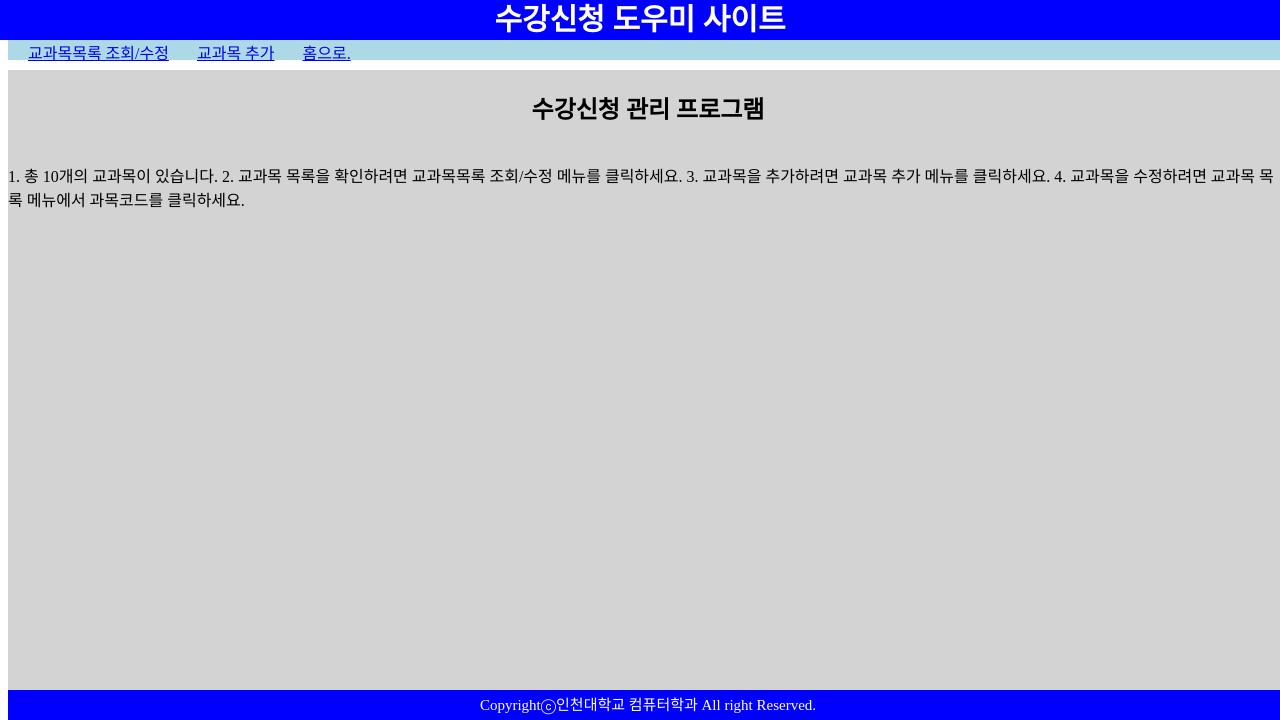
Repository: leesuyeon116/HRD_2
Page: http://localhost/HRD_0419/
An editor plug-in stored every save of this project. The page is shown before and after the next save, followed by the edit.
The browser window is 1280 px wide. The pictures show the whole page.
The page is served by Tomcat 9. Other server files are loaded and not shown.

Above is the page before, as saved 2024-04-19 05:14:35.

### HRD_0419/src/main/webapp/index.jsp
<%@ page language="java" contentType="text/html; charset=UTF-8"
    pageEncoding="UTF-8"%>
<!DOCTYPE html>
<html>
<head>
<meta charset="UTF-8">
<title>index</title>
</head>
<body>
	<jsp:include page="header.jsp"></jsp:include>

		<section style="position: fixed; top: 70px; width: 100%; height: 100%; background-color: lightgray">
    <h2 style="text-align: center;"><b>수강신청 관리 프로그램</b></h2><br>
				1. 총 10개의 교과목이 있습니다.
				2. 교과목 목록을 확인하려면 교과목목록 조회/수정 메뉴를 클릭하세요.
				3. 교과목을 추가하려면 교과목 추가 메뉴를 클릭하세요.
				4. 교과목을 수정하려면 교과목 목록 메뉴에서 과목코드를 클릭하세요.


		</section>

	<jsp:include page="footer.jsp"></jsp:include>
</body>
</html>

### HRD_0419/src/main/webapp/header.jsp
<%@ page language="java" contentType="text/html; charset=UTF-8"
	pageEncoding="UTF-8"%>
<!DOCTYPE html>
<html>
<head>
<meta charset="UTF-8">
<title>header</title>
</head>
<body>
    <header style="position: fixed; top: 0px; left: 0px; width: 100%; height: 40px; line-height: 40px;
    	background-color: blue; color: white; text-align: center; font-size: 30px">
    		<b>수강신청 도우미 사이트</b>
    </header>

    <nav style="position: fixed; top: 40px; width: 100%; height: 20px; background-color: lightblue; color: white; padding-left: 20px;">
        <a href="list.jsp">교과목목록 조회/수정</a> &nbsp; &nbsp; &nbsp;
        <a href="insert.jsp">교과목 추가</a> &nbsp; &nbsp; &nbsp;
        <a href="index.jsp">홈으로.</a> &nbsp; &nbsp; &nbsp;
    </nav>
</body>
</html>

### HRD_0419/src/main/webapp/footer.jsp
<%@ page language="java" contentType="text/html; charset=UTF-8"
	pageEncoding="UTF-8"%>
<!DOCTYPE html>
<html>
<head>
<meta charset="UTF-8">
<title>footer</title>
</head>
<body>
	 <footer style="position: fixed; bottom: 0px; width: 100%; height: 30px; background-color: blue; color: white;
    	text-align: center; line-height: 30px; font-size: 15px;">
		Copyrightⓒ인천대학교 컴퓨터학과 All right Reserved.
	</footer>
</body>
</html>

After the next save:
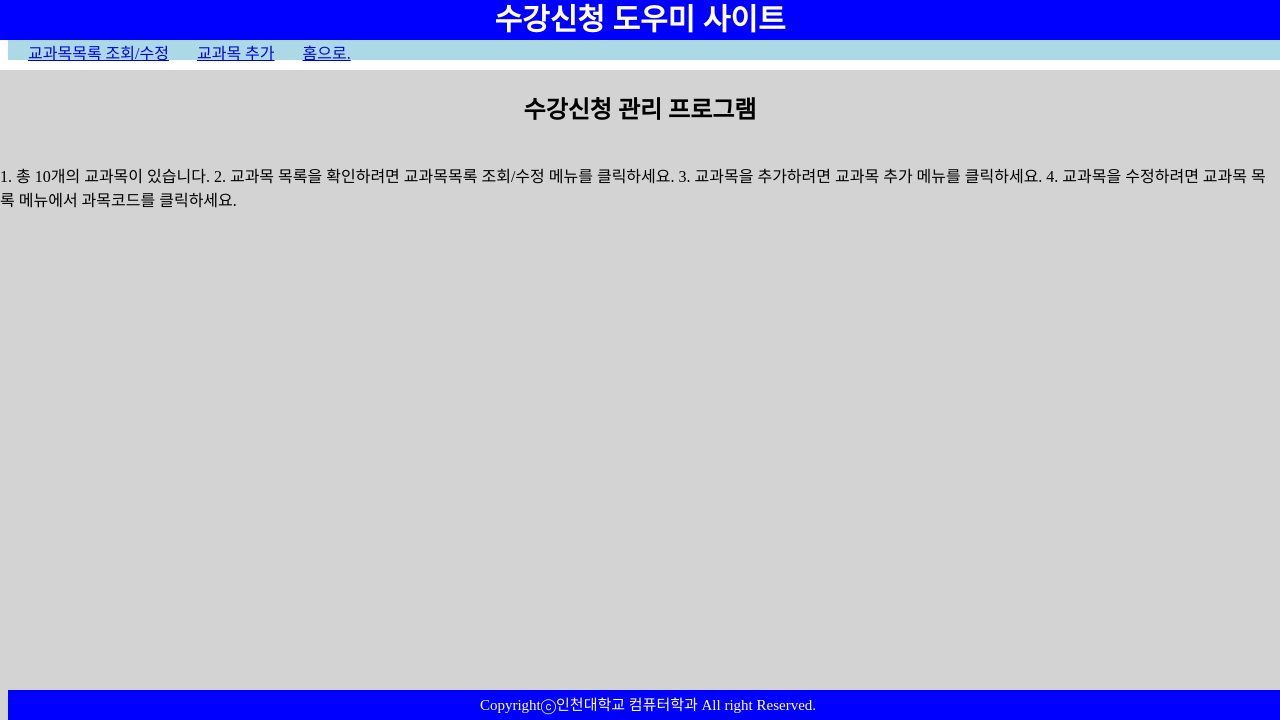
Saved 2 min 4 s later.
--- a/HRD_0419/src/main/webapp/index.jsp
+++ b/HRD_0419/src/main/webapp/index.jsp
@@ -9,7 +9,7 @@
 <body>
 	<jsp:include page="header.jsp"></jsp:include>
 
-		<section style="position: fixed; top: 70px; width: 100%; height: 100%; background-color: lightgray">
+		<section style="position: fixed; top: 70px; left: 0px; width: 100%; height: 100%; background-color: lightgray">
     <h2 style="text-align: center;"><b>수강신청 관리 프로그램</b></h2><br>
 				1. 총 10개의 교과목이 있습니다.
 				2. 교과목 목록을 확인하려면 교과목목록 조회/수정 메뉴를 클릭하세요.
